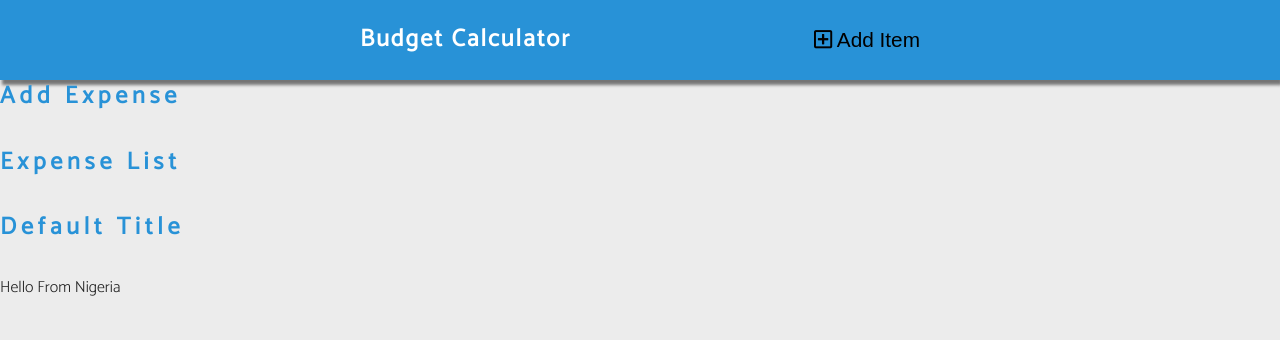
Repository: webdril/budget
Page: /
An editor plug-in stored every save of this project. The page is shown before and after the next save, followed by the edit.
The browser window is 1280 px wide. The pictures show the whole page.
The project was rebuilt for these pictures with package versions that can differ from the ones it lists, and the page was loaded fresh each time.

Above is the page before, as saved 2020-02-29 02:18:23.

After the next save:
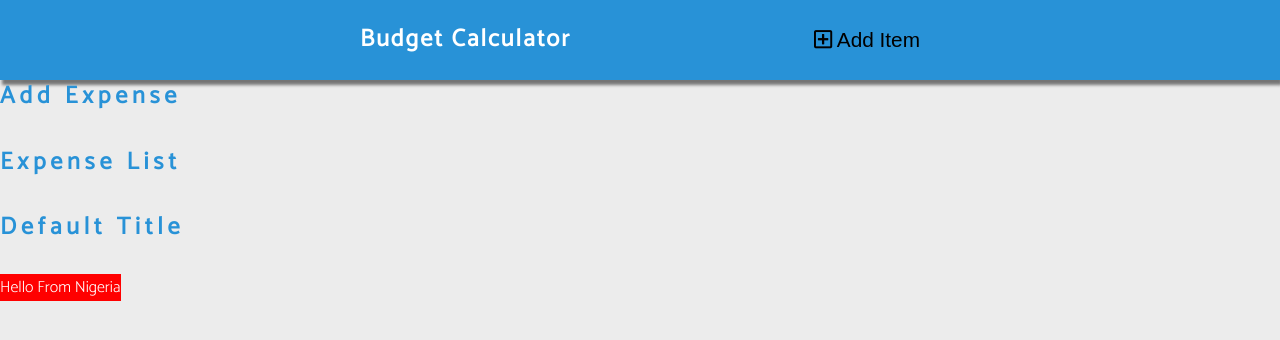
Saved 53 s later.
--- a/src/Example.svelte
+++ b/src/Example.svelte
@@ -1,3 +1,10 @@
+<style>
+span {
+    background: red;
+    color: white;
+}
+</style>
+
 <span>
 Hello From Nigeria
 </span>
